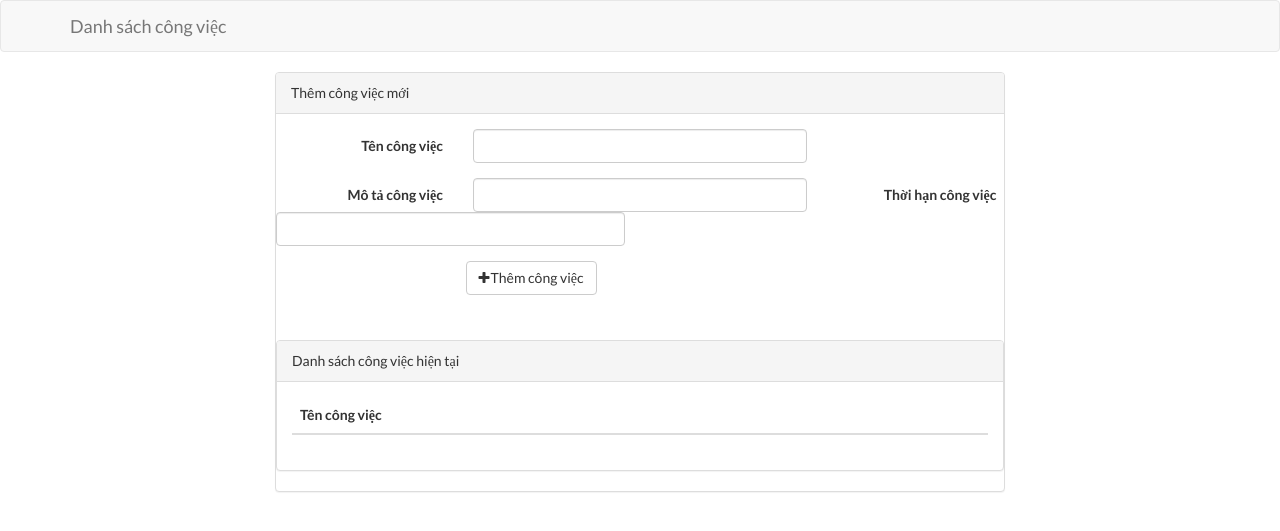
Repository: pvdrh/Laravel_Todo
Page: http://localhost/frontend/task
The author's editor kept a copy of each file at every save. The page is drawn from the files as they stood at one save, then again after the next save.
The browser window is 1280 px wide. The pictures show the whole page.
Some web libraries are served in a nearby version. The page is served by the project's Laravel application, run on PHP 8.4 with Laravel 8. Queries for data that is not in the repository find no rows.

Above is the page before, as saved 2020-10-17 23:49:01.

After the next save:
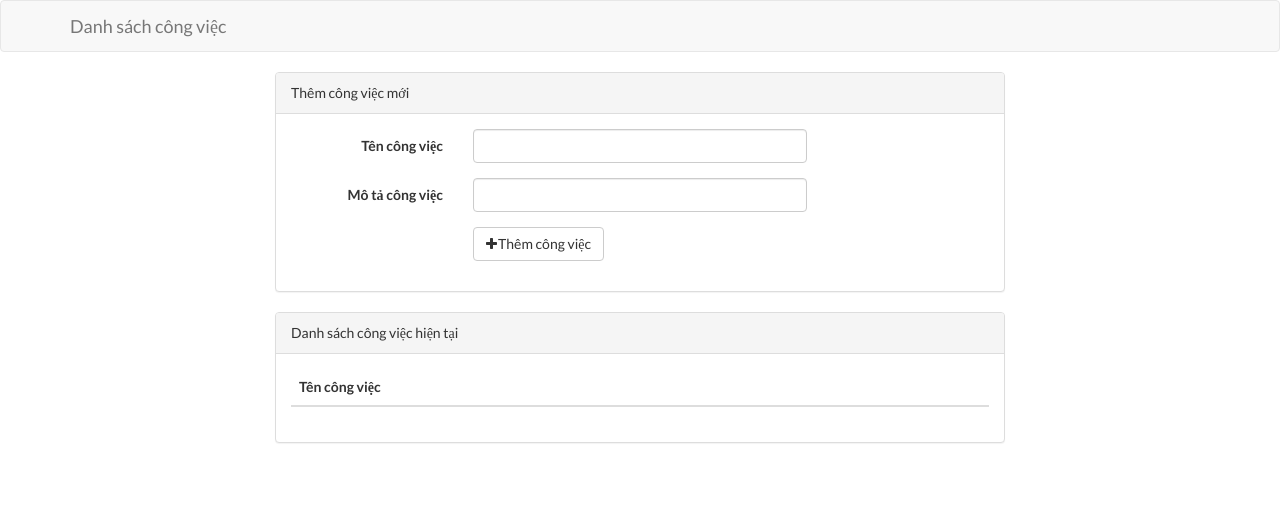
Saved 34 s later.
--- a/resources/views/tasks/list.blade.php
+++ b/resources/views/tasks/list.blade.php
@@ -79,11 +79,7 @@
                             <input type="text" name="name" id="task-name" class="form-control" value="{{ old('task') }}">
                     </div>
 
-                    <div class="form-group">
-                        <label for="task-name" class="col-sm-3 control-label">Thời hạn công việc</label>
-                        <div class="col-sm-6">
-                            <input type="text" name="name" id="task-name" class="form-control" value="{{ old('task') }}">
-                    </div>
+
                     </div>
 
                     <!-- Add Task Button -->

After the 2 saves that followed:
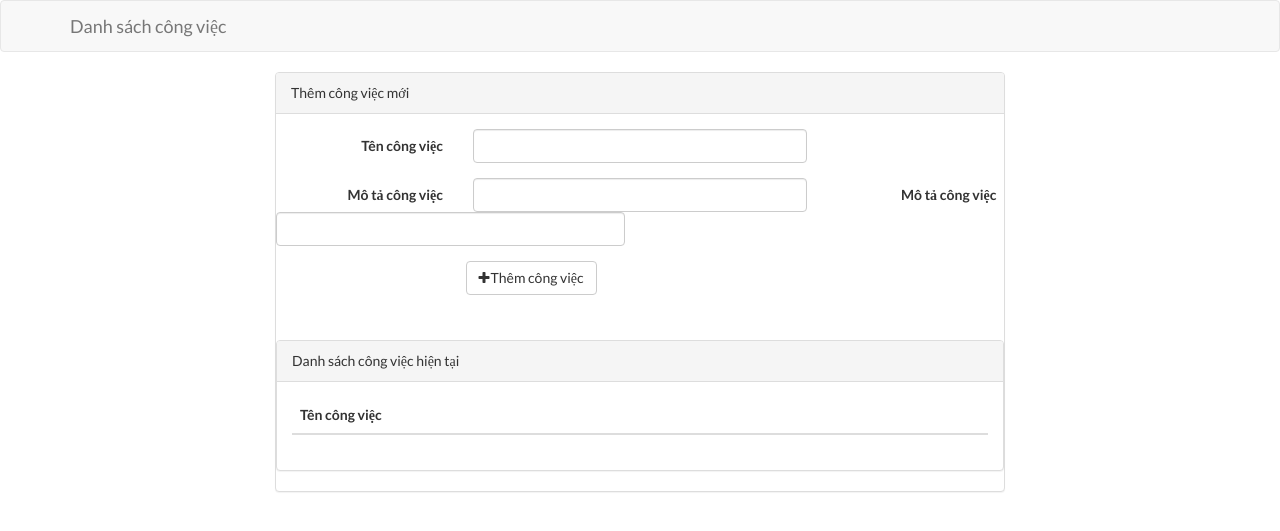
The 2 saves are shown as one change because they came seconds apart.
The last was saved 13 s later.
--- a/resources/views/tasks/list.blade.php
+++ b/resources/views/tasks/list.blade.php
@@ -79,6 +79,11 @@
                             <input type="text" name="name" id="task-name" class="form-control" value="{{ old('task') }}">
                     </div>
 
+                    <div class="form-group">
+                        <label for="task-name" class="col-sm-3 control-label">Mô tả công việc</label>
+                        <div class="col-sm-6">
+                            <input type="text" name="name" id="task-name" class="form-control" value="{{ old('task') }}">
+                    </div>
 
                     </div>
 
